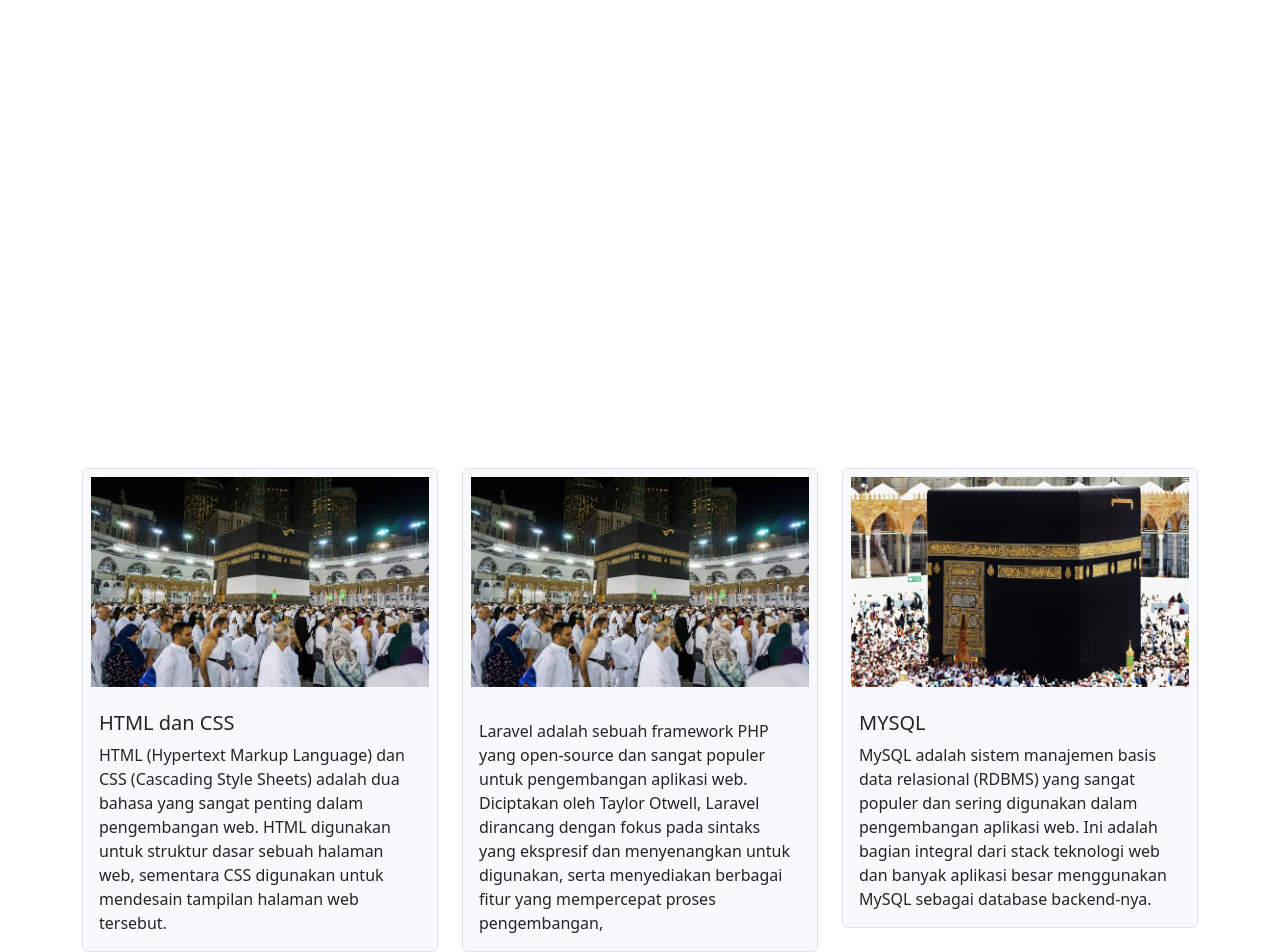
Repository: Putrabobi/Task7
Page: index.html
These files come from the project's save history. The page is drawn as it stood at one moment and after the next save; the edit follows.
The browser window is 1280 px wide. The pictures show the part of the page from y = 2053 to 3005 px (the page is 3005 px tall).
A picture or video elsewhere on the page could not be fetched, so the positions and the page height are approximate.

Above is the page before, as saved 2024-03-25 14:01:27.

### index.html
<!DOCTYPE html>
<html lang="en">

<head>
    <meta charset="UTF-8">
    <meta name="viewport" content="width=device-width, initial-scale=1.0">
    <title>Haji & Umroh</title>
    <link href="https://cdn.jsdelivr.net/npm/bootstrap@5.3.3/dist/css/bootstrap.min.css" rel="stylesheet"
        integrity="sha384-QWTKZyjpPEjISv5WaRU9OFeRpok6YctnYmDr5pNlyT2bRjXh0JMhjY6hW+ALEwIH" crossorigin="anonymous">
</head>

<body>

    <!-- Navbar -->
    <nav class="navbar navbar-expand-lg  bg-body-tertiary mb-4">
        <div class="container-fluid">
            <a class="navbar-brand" href="#">
                <span style="color: darkgreen;" class="fw-bold">Uda</span>
                <span style="color: olive;" class="fw-bold">Tour</span>
            </a>

            <button class="navbar-toggler" type="button" data-bs-toggle="collapse"
                data-bs-target="#navbarSupportedContent" aria-controls="navbarSupportedContent" aria-expanded="false"
                aria-label="Toggle navigation">
                <span class="navbar-toggler-icon"></span>
            </button>
            <div class="collapse navbar-collapse" id="navbarSupportedContent">
                <ul class="navbar-nav me-auto mb-2 mb-lg-0 mx-auto">
                    <li class="nav-item" style="margin-right: 30px;">
                        <a class="nav-link active" aria-current="page" href="#"
                            style="border-bottom: 4px solid #00570f; color: #000000;">Home</a>
                    </li>
                    <li class="nav-item" style="margin-right: 30px;">
                        <a class="nav-link" href="#" style="color: #000;">Haji</a>
                    </li>
                    <li class="nav-item" style="margin-right: 30px;">
                        <a class="nav-link disabled" style="color: #000;">Umroh</a>
                    </li>
                    <li class="nav-item" style="margin-right: 30px;">
                        <a class="nav-link disabled" style="color: #000;">Blog</a>
                    </li>
                    <li class="nav-item" style="margin-right: 30px;">
                        <a class="nav-link disabled" style="color: #000;">Gallery</a>
                    </li>
                </ul>
                <button class="btn btn-outline-dark" type="submit">Register</button>
            </div>

        </div>
    </nav>

    <!-- Background -->

    <div class="position-relative text-center mb-5">
        <img src="images/mekkah.jpg" style="filter: brightness(50%);" alt="Mekkah" width="100%">
        <h1 class="position-absolute top-0 start-50 translate-middle-x text-light" style="margin-top: 5%;">Take you on a holy journey</h1>
        <h5 class="position-absolute top-0 start-50 translate-middle-x text-light" style="margin-top: 45%;">Find the best Hajj travel package that suits your needs. Enjoy a worship experience guided by a professional and experienced team.</h5>
        <button type="button" style="position: absolute; bottom: 20px; left: 50%; transform: translateX(-50%); background-color: green; color: white; padding: 10px 50px; border: none; border-radius: 100px; cursor: pointer;">Explore</button>
    </div>

    <!-- Maskapai -->

    <div style="text-align: center;">
        <h1>Our Partner</h1>
        <img src="images/maskapai1.png" alt="maskapai1" style="width: 350px;">
        <img src="images/maskapai2.png" alt="maskapai2" style="width: 350px;">
        <img src="images/maskapai3.png" alt="maskapai3" style="width: 350px;">
        <img src="images/maskapai4.png" alt="maskapai4" style="width: 350px;">
    </div>

    <div>
        <svg xmlns="http://www.w3.org/2000/svg" viewBox="0 0 1440 320">
            <path fill="#8f6b00" fill-opacity="1" d="M0,64L120,96C240,128,480,192,720,192C960,192,1200,128,1320,96L1440,64L1440,320L1320,320C1200,320,960,320,720,320C480,320,240,320,120,320L0,320Z"></path>>
        </svg>
    </div>
    <div style="background-color: #8f6b00; position: relative;" class="text-white">
        <div class="container d-flex justify-content-center align-items-center">
          <div class="row">
            <div class=" text-center">
              <h3 class="fw-bold pb-3">Hajj and Umrah Program</h3>
              <h5 class="py-3 mb-3" style="width: 50%; margin: 0 auto;">Find complete and well-organized Hajj and Umrah
                programs. Get a package that meets your needs for a meaningful spiritual journey.</h5>
              <button class="btn text-light padding: 10px 50px rounded-5 px-5 py-2 shadow"
                style="background-color: #00730c;">Explore</button>
            </div>
            <div class="">
              <img src="img/kabah_only.png" alt="" width="20%"
                style="position: absolute; left: 25; top: 50%; transform: translateY(-50%);">
            </div>
          </div>
        </div>
        <svg xmlns="http://www.w3.org/2000/svg" viewBox="0 0 1440 320">
          <path fill="#ffffff" fill-opacity="1"
            d="M0,160L120,138.7C240,117,480,75,720,74.7C960,75,1200,117,1320,138.7L1440,160L1440,320L1320,320C1200,320,960,320,720,320C480,320,240,320,120,320L0,320Z">
          </path>
        </svg>
      </div>

      <div class="">
        <img src="images/mekkah4.png" alt="" width="20%" style="position: absolute; left: 5%; top: 250%;  transform: translateY(-50%);">
    </div>

    </div>
  </div>
  <svg xmlns="http://www.w3.org/2000/svg" viewBox="0 0 1440 320">
    <path fill="#ffffff" fill-opacity="1"
      d="M0,160L120,138.7C240,117,480,75,720,74.7C960,75,1200,117,1320,138.7L1440,160L1440,320L1320,320C1200,320,960,320,720,320C480,320,240,320,120,320L0,320Z">
    </path>
  </svg>
</div>
</div>

<section class="pt-5">
    <div style="background-color: aqua;"></div>
    <div class="container">
      <div class="row">
        <di class="col-md">
          <div class="card bg-light text-dark border ">
            <img src="images/mekkah1.jpeg" class="p-2 card-img-top" alt="...">
            <div class="card-body">
              <h5 class="card-title">HTML dan CSS</h5>
              <p class="card-text"> HTML (Hypertext Markup Language) dan CSS (Cascading Style Sheets) adalah dua
                bahasa yang sangat penting dalam pengembangan web. HTML digunakan untuk struktur dasar sebuah
                halaman web, sementara CSS digunakan untuk mendesain tampilan halaman web tersebut.</p>
            </div>
          </div>
        </di>
        <di class="col-md">
          <div class="card bg-light text-dark border ">
            <img src="images/mekkah1.jpeg" class="p-2 card-img-top" alt="...">
            <div class="card-body">
              <h5 class="card-title"></h5>
              <p class="card-text">
                Laravel adalah sebuah framework PHP yang open-source dan sangat populer untuk pengembangan aplikasi
                web. Diciptakan oleh Taylor Otwell, Laravel dirancang dengan fokus pada sintaks yang ekspresif dan
                menyenangkan untuk digunakan, serta menyediakan berbagai fitur yang mempercepat proses pengembangan,
              </p>
            </div>
          </div>
        </di>
        <di class="col-md">
          <div class="card  bg-light text-dark border">
            <img src="images/mekkah2.png" class="p-2 card-img-top" alt="...">
            <div class="card-body">
              <h5 class="card-title">MYSQL</h5>
              <p class="card-text">
                MySQL adalah sistem manajemen basis data relasional (RDBMS) yang sangat populer dan sering digunakan
                dalam pengembangan aplikasi web. Ini adalah bagian integral dari stack teknologi web dan banyak
                aplikasi besar menggunakan MySQL sebagai database backend-nya.</p>
            </div>
          </div>
        </di>

      </div>
    </div>
  </section>

<!-- <div class="my-5" style="background-color: rgb(191, 255, 239); text-align: center;">
    <div style="margin: 0 auto; max-width: 600px;">
        <h3>Hajj and Umrah Special Offers</h3>
        <h4>We work with trusted and experienced organizers to provide quality Hajj and Umrah travel packages.</h4>
    </div>
    <div class="my-5 mx-5 px-5 pb-5 justify-content-center">
        <div class="card-group mx-5 pb-5">
            <div class="card mx-2 border-0" style="width: 20rem; background-color: rgb(191, 255, 239);">
                <img src="images/mekkah1.jpeg" class="card-img-top" alt="mekkah1" style="max-width: 100%;">
                <div class="card-body ps-0">
                    <p class="card-text" style="color: #937009;">Classic</p>
                    <h5 class="card-title mt-2 fw-bold">Regular Umrah</h5>
                    <p class="card-text">Package Duration 20 days</p>
                    <button class="border-0 mt-2 text-light rounded-4 px-4 py-3" style="background-color: #00730c;"><span
                        class="m-2">Detail</span></button>
                  </div>
            </div>
        </div>
    </div>
</div> -->










</body>

</html>

After the next save:
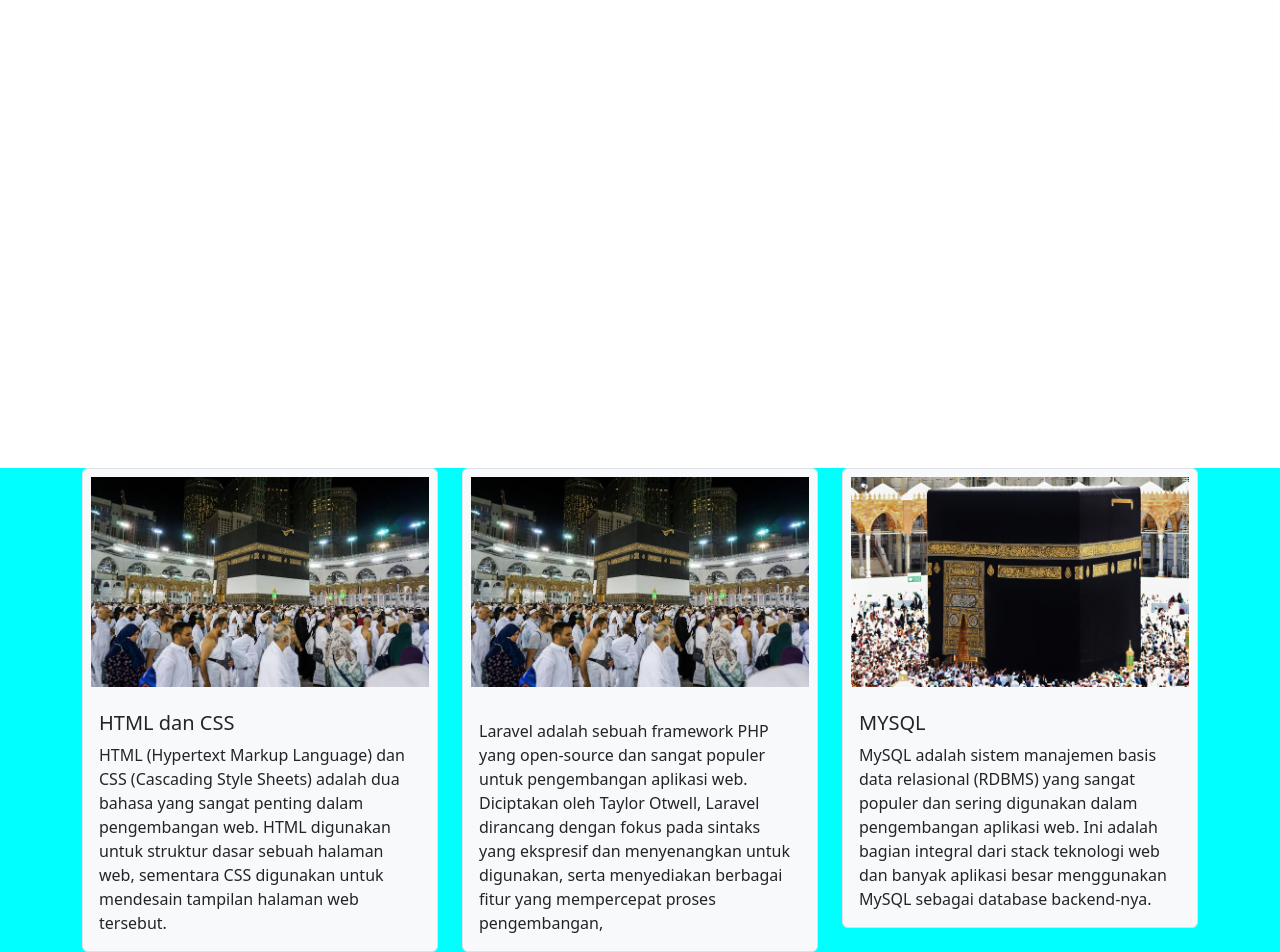
Saved 5 s later.
--- a/index.html
+++ b/index.html
@@ -111,7 +111,7 @@
 </div>
 
 <section class="pt-5">
-    <div style="background-color: aqua;"></div>
+    <div style="background-color: aqua;">
     <div class="container">
       <div class="row">
         <di class="col-md">
